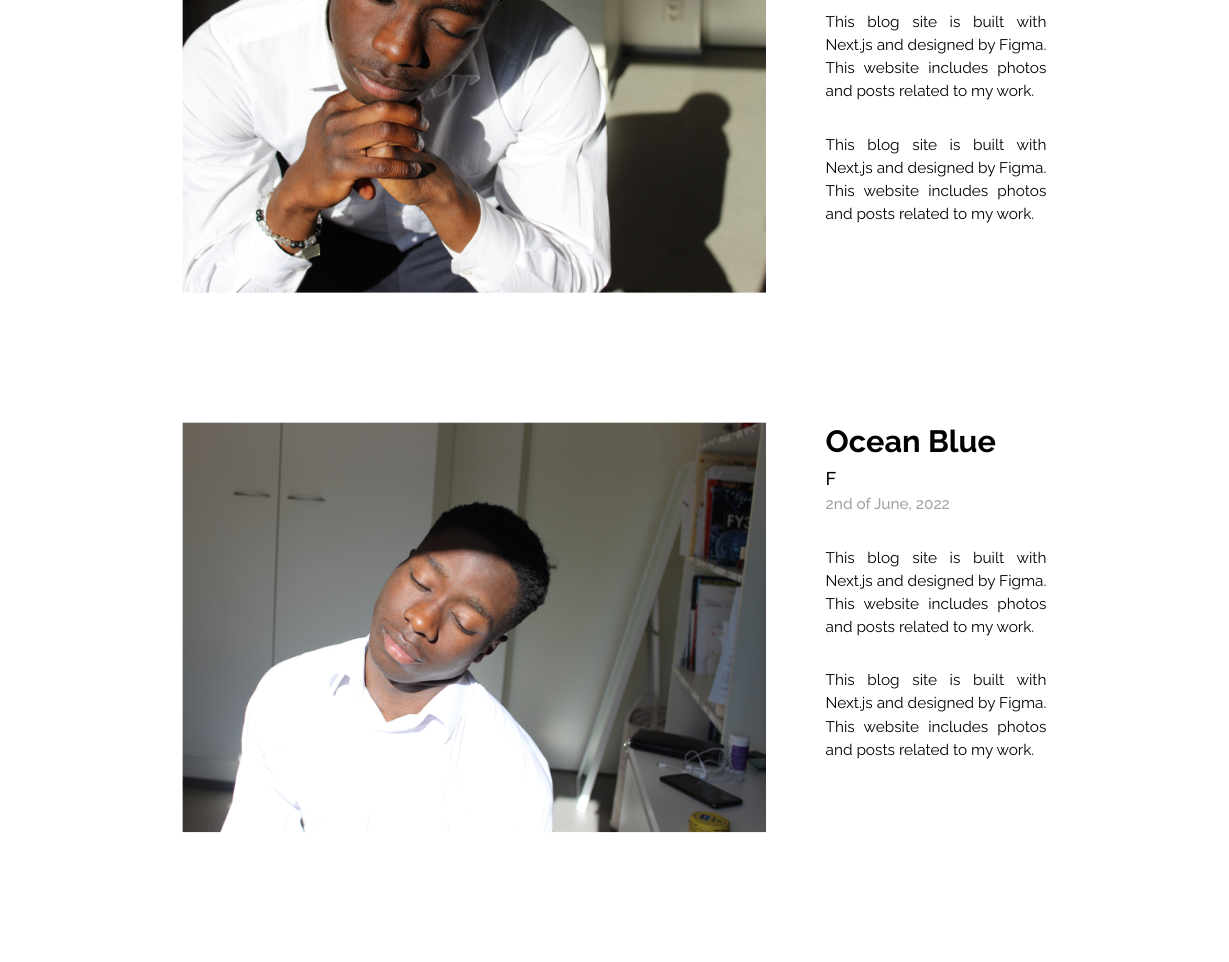
Repository: Graquick/Blog
Page: /photos
These files come from the project's save history. The page is drawn as it stood at one moment and after the next save; the edit follows.
The browser window is 1280 px wide. The pictures show the whole page, at 96% of full size.
The project was rebuilt for these pictures with package versions that can differ from the ones it lists, and the page was loaded fresh each time. The framework's server and built-in components were replaced by stand-ins that run in the browser. Also part of the build but not shown: next.config.js, components/Footer.js.

Above is the page before, as saved 2022-07-07 14:31:37.

After the next save:
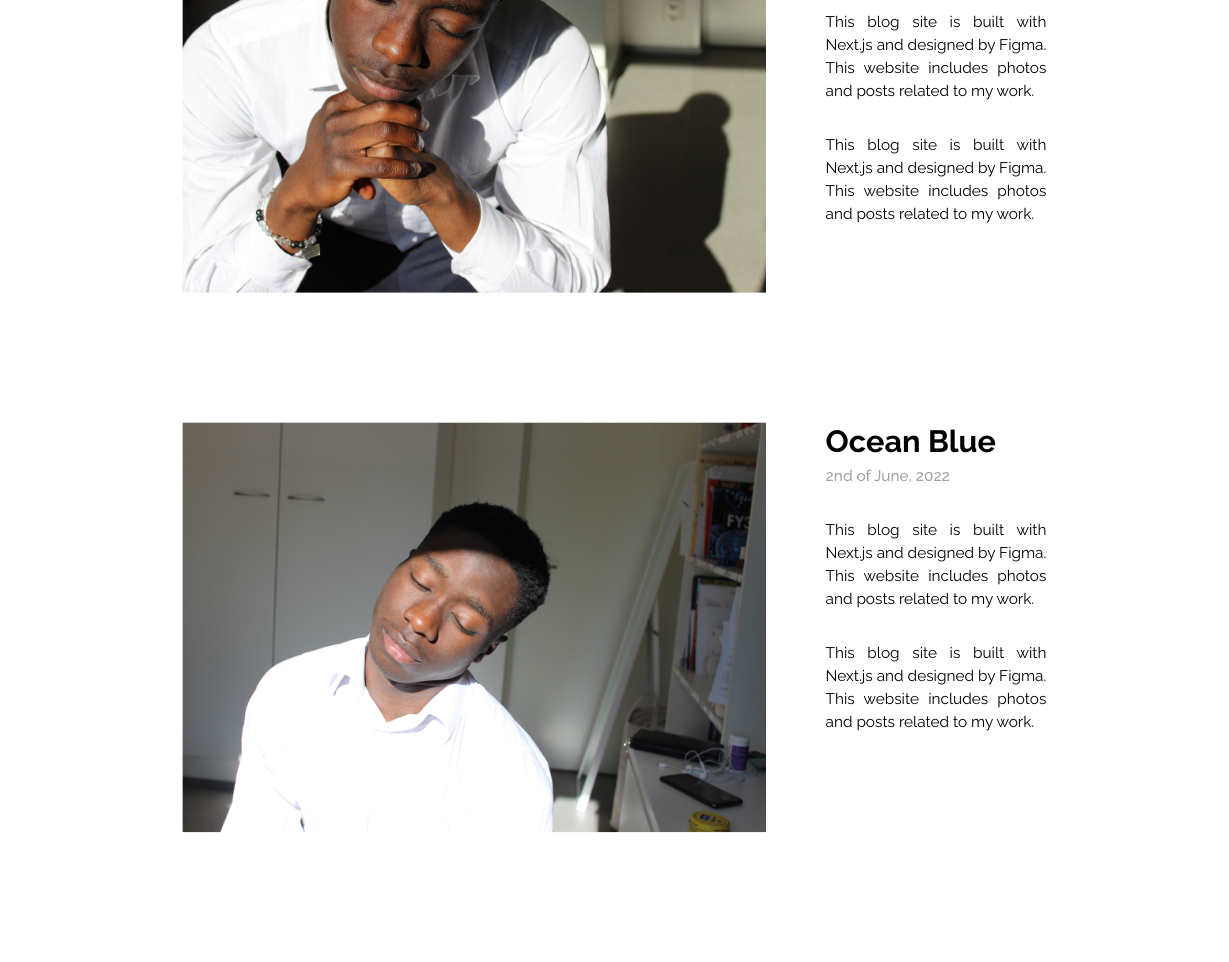
Saved 4 s later.
--- a/pages/photos.js
+++ b/pages/photos.js
@@ -20,7 +20,7 @@ const photos = [
 
 const desc = [
     { id: 1, title: 'Savannah', info: "Roadtrip to Kenya", date: "2nd of June, 2022", text: "This blog site is built with Next.js and designed by Figma. This website includes photos and posts related to my work." },
-    { id: 2, title: 'Ocean Blue', info: "F", date: "2nd of June, 2022", text: "This blog site is built with Next.js and designed by Figma. This website includes photos and posts related to my work."}
+    { id: 2, title: 'Ocean Blue', info: "", date: "2nd of June, 2022", text: "This blog site is built with Next.js and designed by Figma. This website includes photos and posts related to my work."}
 ]
 
 const layInfo = {
